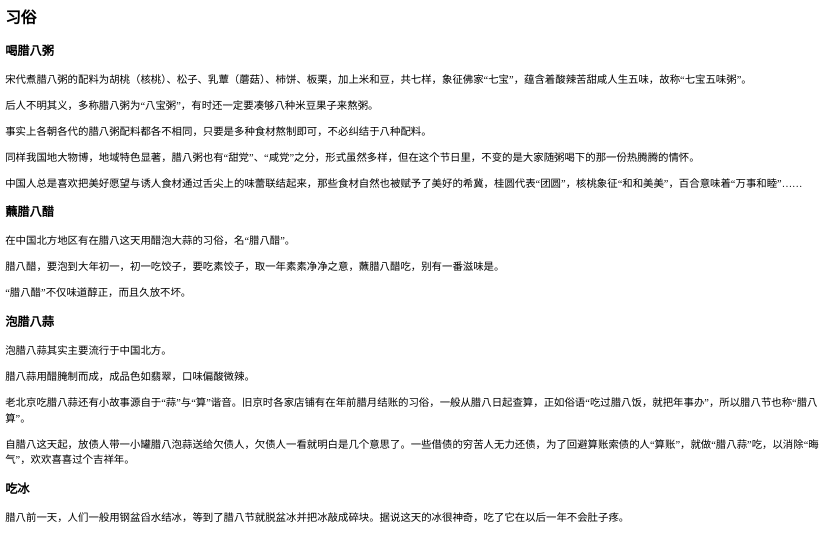
Repository: XueJie1/computer-operation-basics
Page: pages/labafes/customs.html
An editor plug-in stored every save of this project. The page is shown before and after the next save, followed by the edit.
The browser window is 1280 px wide. The pictures show the whole page, at 65% of full size.

Above is the page before, as saved 2023-09-14 15:37:31.

### pages/labafes/customs.html
<h2>习俗</h2>
<h3>喝腊八粥</h3>
<p>宋代煮腊八粥的配料为胡桃（核桃）、松子、乳蕈（蘑菇）、柿饼、板栗，加上米和豆，共七样，象征佛家“七宝”，蕴含着酸辣苦甜咸人生五味，故称“七宝五味粥”。</p>

<p>后人不明其义，多称腊八粥为“八宝粥”，有时还一定要凑够八种米豆果子来熬粥。</p>

<p>事实上各朝各代的腊八粥配料都各不相同，只要是多种食材熬制即可，不必纠结于八种配料。</p>

<p>同样我国地大物博，地域特色显著，腊八粥也有“甜党”、“咸党”之分，形式虽然多样，但在这个节日里，不变的是大家随粥喝下的那一份热腾腾的情怀。</p>

<p>中国人总是喜欢把美好愿望与诱人食材通过舌尖上的味蕾联结起来，那些食材自然也被赋予了美好的希冀，桂圆代表“团圆”，核桃象征“和和美美”，百合意味着“万事和睦”……</p>
<h3>蘸腊八醋</h3>
<p>在中国北方地区有在腊八这天用醋泡大蒜的习俗，名“腊八醋”。</p>

<p>腊八醋，要泡到大年初一，初一吃饺子，要吃素饺子，取一年素素净净之意，蘸腊八醋吃，别有一番滋味是。</p>

<p>“腊八醋”不仅味道醇正，而且久放不坏。</p>
<h3>泡腊八蒜</h3>
<p>泡腊八蒜其实主要流行于中国北方。</p>

<p>腊八蒜用醋腌制而成，成品色如翡翠，口味偏酸微辣。</p>

<p>老北京吃腊八蒜还有小故事源自于“蒜”与“算”谐音。旧京时各家店铺有在年前腊月结账的习俗，一般从腊八日起查算，正如俗语“吃过腊八饭，就把年事办”，所以腊八节也称“腊八算”。</p>

<p>自腊八这天起，放债人带一小罐腊八泡蒜送给欠债人，欠债人一看就明白是几个意思了。一些借债的穷苦人无力还债，为了回避算账索债的人“算账”，就做“腊八蒜”吃，以消除“晦气”，欢欢喜喜过个吉祥年。</p>
<h3>吃冰</h3>
<p>腊八前一天，人们一般用钢盆舀水结冰，等到了腊八节就脱盆冰并把冰敲成碎块。据说这天的冰很神奇，吃了它在以后一年不会肚子疼。 </p>

After the next save:
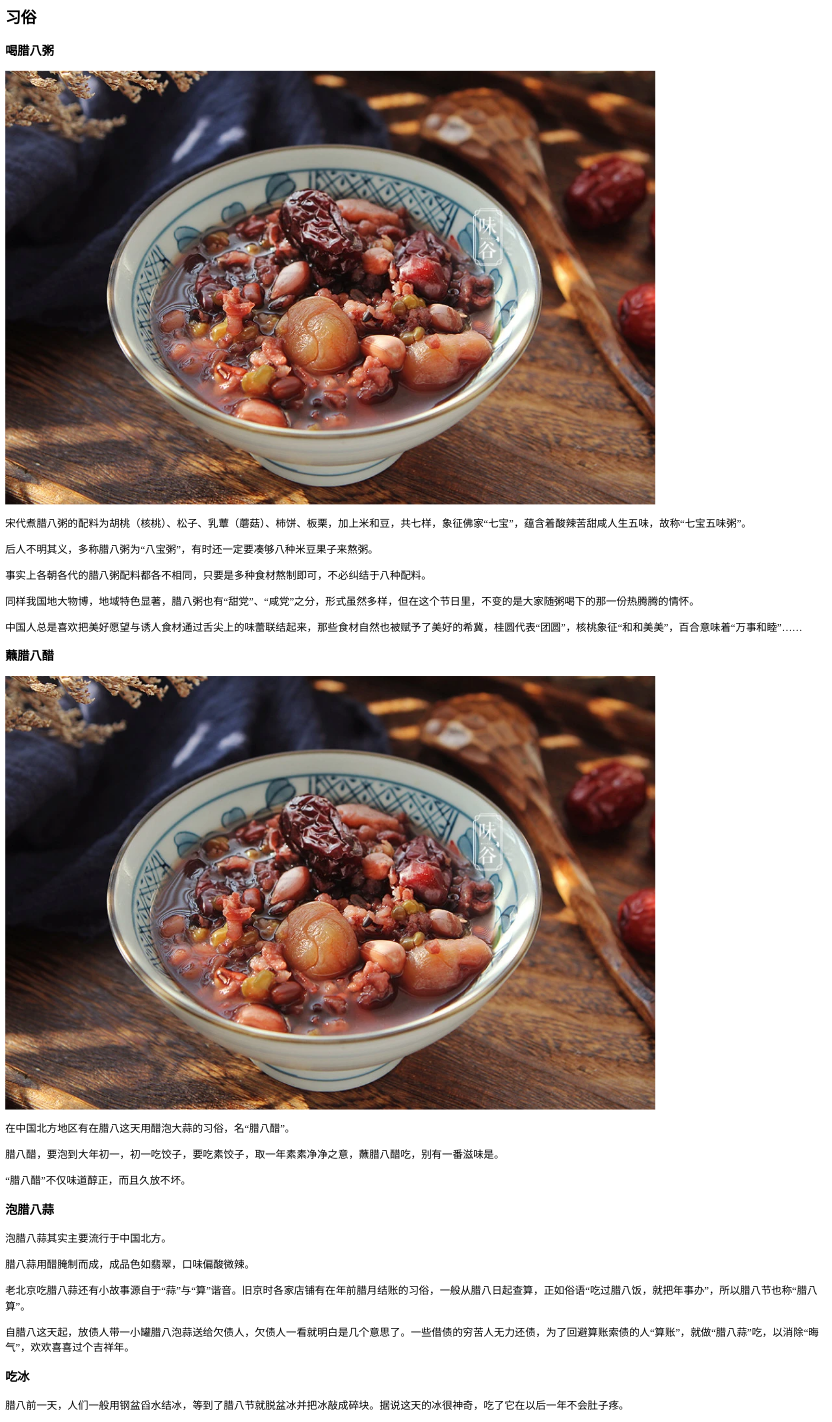
Saved 33 min 59 s later.
--- a/pages/labafes/customs.html
+++ b/pages/labafes/customs.html
@@ -1,27 +1,32 @@
 <h2>习俗</h2>
 <h3>喝腊八粥</h3>
-<p>宋代煮腊八粥的配料为胡桃（核桃）、松子、乳蕈（蘑菇）、柿饼、板栗，加上米和豆，共七样，象征佛家“七宝”，蕴含着酸辣苦甜咸人生五味，故称“七宝五味粥”。</p>
+<div class="img">
+    <img src="../../img/labazhou.webp" </div>
+    <p>宋代煮腊八粥的配料为胡桃（核桃）、松子、乳蕈（蘑菇）、柿饼、板栗，加上米和豆，共七样，象征佛家“七宝”，蕴含着酸辣苦甜咸人生五味，故称“七宝五味粥”。</p>
 
-<p>后人不明其义，多称腊八粥为“八宝粥”，有时还一定要凑够八种米豆果子来熬粥。</p>
+    <p>后人不明其义，多称腊八粥为“八宝粥”，有时还一定要凑够八种米豆果子来熬粥。</p>
 
-<p>事实上各朝各代的腊八粥配料都各不相同，只要是多种食材熬制即可，不必纠结于八种配料。</p>
+    <p>事实上各朝各代的腊八粥配料都各不相同，只要是多种食材熬制即可，不必纠结于八种配料。</p>
 
-<p>同样我国地大物博，地域特色显著，腊八粥也有“甜党”、“咸党”之分，形式虽然多样，但在这个节日里，不变的是大家随粥喝下的那一份热腾腾的情怀。</p>
+    <p>同样我国地大物博，地域特色显著，腊八粥也有“甜党”、“咸党”之分，形式虽然多样，但在这个节日里，不变的是大家随粥喝下的那一份热腾腾的情怀。</p>
 
-<p>中国人总是喜欢把美好愿望与诱人食材通过舌尖上的味蕾联结起来，那些食材自然也被赋予了美好的希冀，桂圆代表“团圆”，核桃象征“和和美美”，百合意味着“万事和睦”……</p>
-<h3>蘸腊八醋</h3>
-<p>在中国北方地区有在腊八这天用醋泡大蒜的习俗，名“腊八醋”。</p>
+    <p>中国人总是喜欢把美好愿望与诱人食材通过舌尖上的味蕾联结起来，那些食材自然也被赋予了美好的希冀，桂圆代表“团圆”，核桃象征“和和美美”，百合意味着“万事和睦”……</p>
+    <h3>蘸腊八醋</h3>
+    <div class="img">
+        <img src="../../img/labazhou.webp">
+    </div>
+    <p>在中国北方地区有在腊八这天用醋泡大蒜的习俗，名“腊八醋”。</p>
 
-<p>腊八醋，要泡到大年初一，初一吃饺子，要吃素饺子，取一年素素净净之意，蘸腊八醋吃，别有一番滋味是。</p>
+    <p>腊八醋，要泡到大年初一，初一吃饺子，要吃素饺子，取一年素素净净之意，蘸腊八醋吃，别有一番滋味是。</p>
 
-<p>“腊八醋”不仅味道醇正，而且久放不坏。</p>
-<h3>泡腊八蒜</h3>
-<p>泡腊八蒜其实主要流行于中国北方。</p>
+    <p>“腊八醋”不仅味道醇正，而且久放不坏。</p>
+    <h3>泡腊八蒜</h3>
+    <p>泡腊八蒜其实主要流行于中国北方。</p>
 
-<p>腊八蒜用醋腌制而成，成品色如翡翠，口味偏酸微辣。</p>
+    <p>腊八蒜用醋腌制而成，成品色如翡翠，口味偏酸微辣。</p>
 
-<p>老北京吃腊八蒜还有小故事源自于“蒜”与“算”谐音。旧京时各家店铺有在年前腊月结账的习俗，一般从腊八日起查算，正如俗语“吃过腊八饭，就把年事办”，所以腊八节也称“腊八算”。</p>
+    <p>老北京吃腊八蒜还有小故事源自于“蒜”与“算”谐音。旧京时各家店铺有在年前腊月结账的习俗，一般从腊八日起查算，正如俗语“吃过腊八饭，就把年事办”，所以腊八节也称“腊八算”。</p>
 
-<p>自腊八这天起，放债人带一小罐腊八泡蒜送给欠债人，欠债人一看就明白是几个意思了。一些借债的穷苦人无力还债，为了回避算账索债的人“算账”，就做“腊八蒜”吃，以消除“晦气”，欢欢喜喜过个吉祥年。</p>
-<h3>吃冰</h3>
-<p>腊八前一天，人们一般用钢盆舀水结冰，等到了腊八节就脱盆冰并把冰敲成碎块。据说这天的冰很神奇，吃了它在以后一年不会肚子疼。 </p>
+    <p>自腊八这天起，放债人带一小罐腊八泡蒜送给欠债人，欠债人一看就明白是几个意思了。一些借债的穷苦人无力还债，为了回避算账索债的人“算账”，就做“腊八蒜”吃，以消除“晦气”，欢欢喜喜过个吉祥年。</p>
+    <h3>吃冰</h3>
+    <p>腊八前一天，人们一般用钢盆舀水结冰，等到了腊八节就脱盆冰并把冰敲成碎块。据说这天的冰很神奇，吃了它在以后一年不会肚子疼。 </p>
